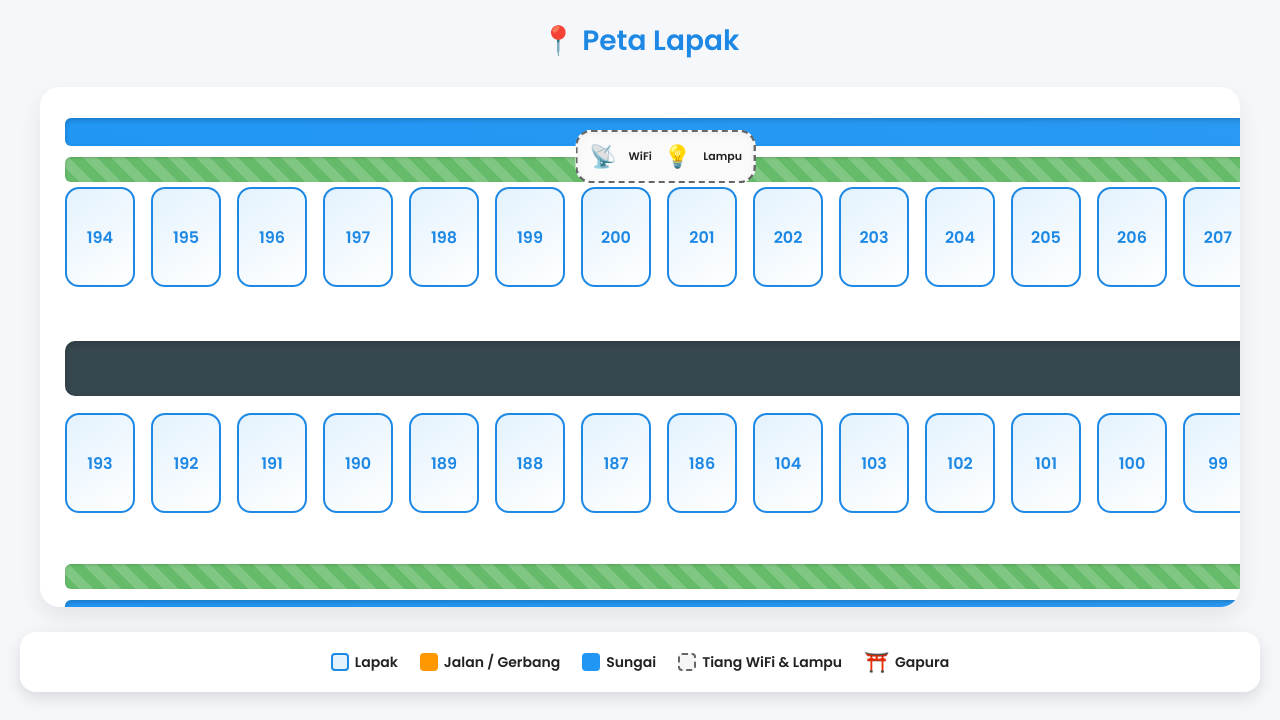
Repository: pasarrakyatbak/denah
Page: index.html
The author's editor kept a copy of each file at every save. The page is drawn from the files as they stood at one save, then again after a run of saves.
The browser window is 1280 px wide. The pictures show the whole page.
An inner scrolling area shows only its first screen.

Above is the page before, as saved 2025-09-19 19:04:36.

After the next 2 saves:
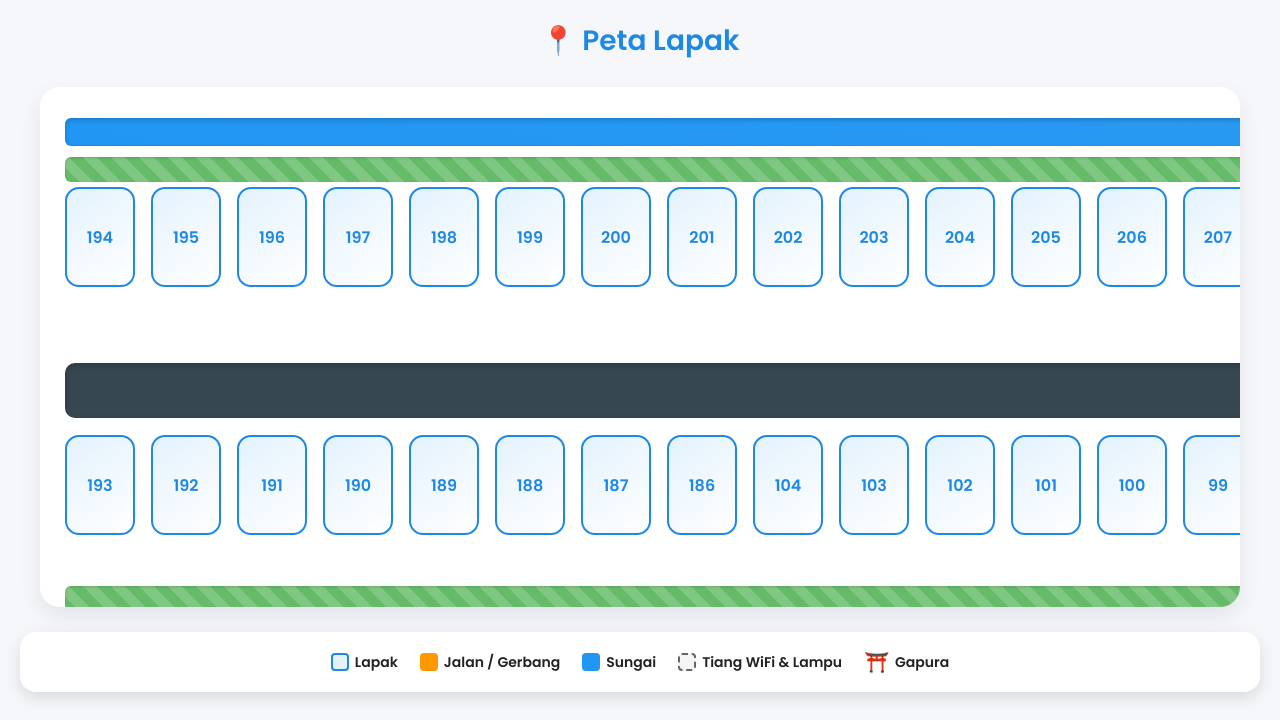
The 2 saves are shown as one change because they came seconds apart.
The last was saved 50 s later.
--- a/style.css
+++ b/style.css
@@ -154,7 +154,8 @@
 
 /* Tiang WiFi + Lampu */
 .tiang-container {
-    position: fixed;
+    position: sticky;
+    ;
     top: 130px;
     left: 52%;
     transform: translateX(-50%);

After the 5 saves that followed:
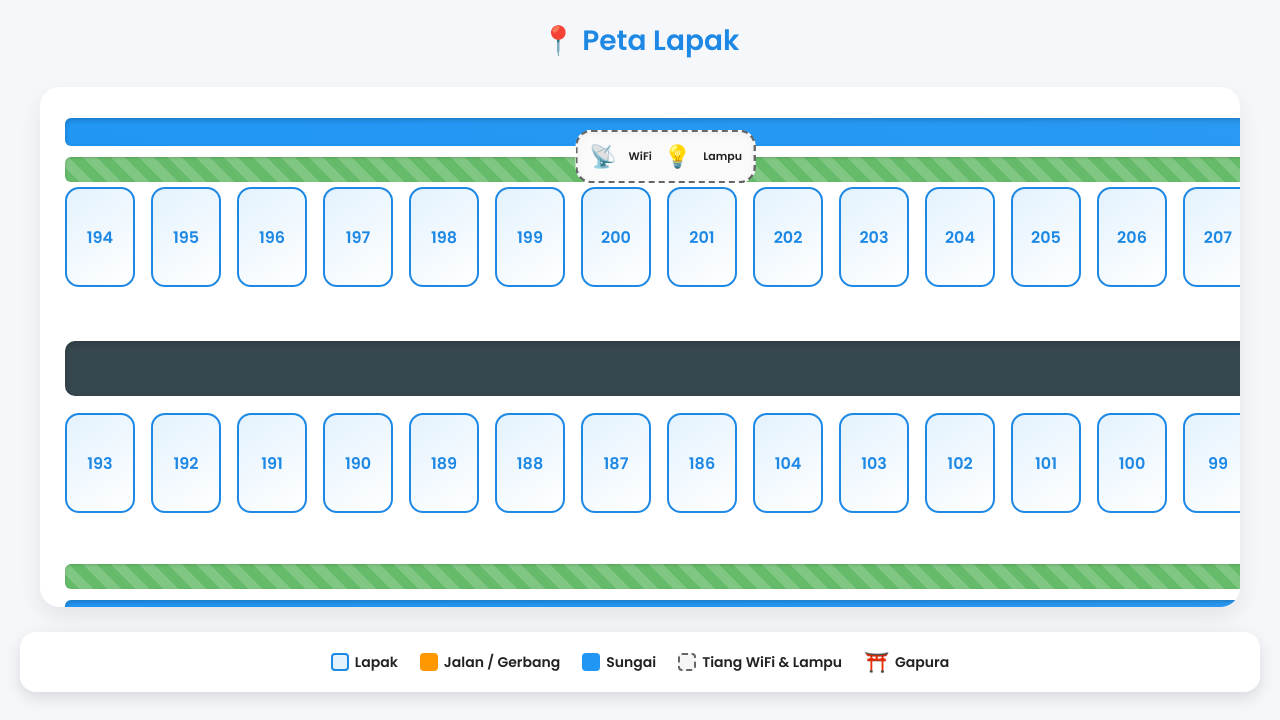
The 5 saves are shown as one change because 3 left the picture as it was and some came seconds apart.
The last was saved 67 s later.
--- a/style.css
+++ b/style.css
@@ -154,8 +154,7 @@
 
 /* Tiang WiFi + Lampu */
 .tiang-container {
-    position: sticky;
-    ;
+    position: absolute;
     top: 130px;
     left: 52%;
     transform: translateX(-50%);
